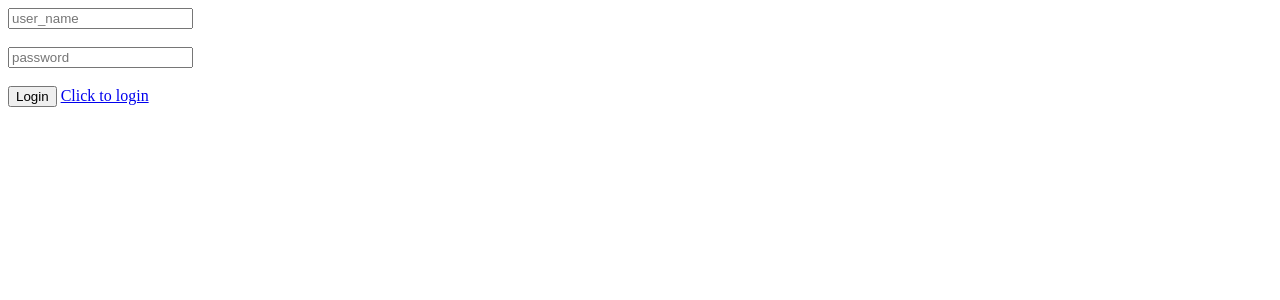
Repository: prathyushaa5/artgallery
Page: http://localhost/index/signup.php
An editor plug-in stored every save of this project. The page is shown before and after the next save, followed by the edit.
The browser window is 1280 px wide. The pictures show the whole page.
The page is run by PHP 8.4 with error messages shown; the project is at /var/www/html/.

Above is the page before, as saved 2023-11-16 11:38:35.

### index/signup.php
<?php


?>

<!DOCTYPE html>
<html lang="en">
<head>
    <meta charset="UTF-8">
    <meta name="viewport" content="width=device-width, initial-scale=1.0">
    <title>Signup</title>
</head>
<body>
    <div class="box">
    <form method="post">
        <div class="signup"></div>
    <input type="text" name="user_name" id="user_name" placeholder="user_name"><br><br>
    <input type="password" name="password" id="password" placeholder="password"><br><br>
    <input type="submit" value="Login">
    <a href="login.php"> Click to login</a>
    </form>
    </div>
</body>
</html>

### index/connection.php
<?php

$dbhost="localhost";
$dbuser="root";
$dbpass="";
$dbname="artgallery";

if(!$con=mysqli_connect($dbhost,$dbuser,$dbpass,$dbname)){
  die("failed connection");
}

### index/functions.php
<?php


function check_login($con){

  if(isset($_SESSION['user_id'])){

    $id=$_SESSION['user_id'];
    $query="select * from users where user_id='$id' limit 1";
    $result=mysqli_query($con,$query);
    if($result&&mysqli_num_rows($result)>0){
       $user_data=mysqli_fetch_assoc($result);
       return $user_data;
    }
  }
  //redirect to login
  header("Location :login.php");
  die;
}

After the next save:
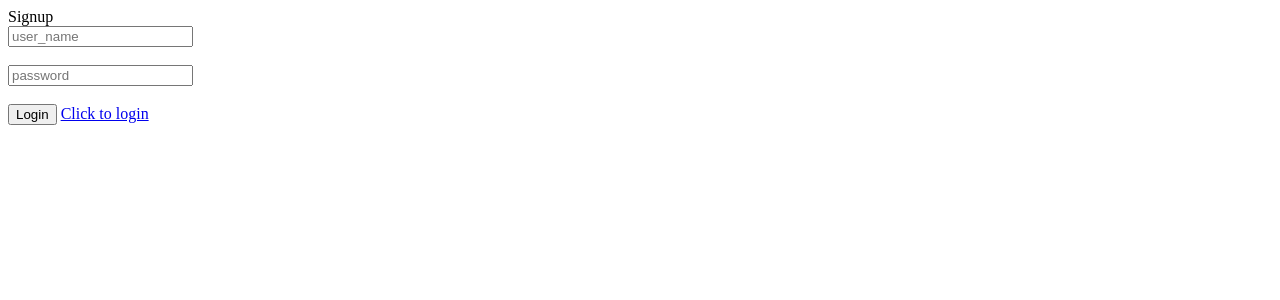
Saved 19 min 51 s later.
--- a/index/signup.php
+++ b/index/signup.php
@@ -1,5 +1,22 @@
 <?php
+session_start();
+   include("connection.php");
+   include("functions.php");
 
+
+   if($_SERVER['REQUEST_METHOD']== "POST"){
+    //something was posted
+
+   $user_name= $_POST['user_name'];
+   $password= $_POST['password'];
+   if(!empty($user_name)&& !empty($password)){
+     //save to database;
+     $user_id=random_num(10);
+     $query="insert into users(user_id,user_name,password) values ('$user_id','$user_name','$password')";
+   }else{
+    echo "Please enter some valid username and password!";
+   }
+   }
 
 ?>
 
@@ -13,10 +30,10 @@
 <body>
     <div class="box">
     <form method="post">
-        <div class="signup"></div>
+        <div class="signup">Signup</div>
     <input type="text" name="user_name" id="user_name" placeholder="user_name"><br><br>
     <input type="password" name="password" id="password" placeholder="password"><br><br>
-    <input type="submit" value="Login">
+    <input type="submit" id="button" value="Login">
     <a href="login.php"> Click to login</a>
     </form>
     </div>
